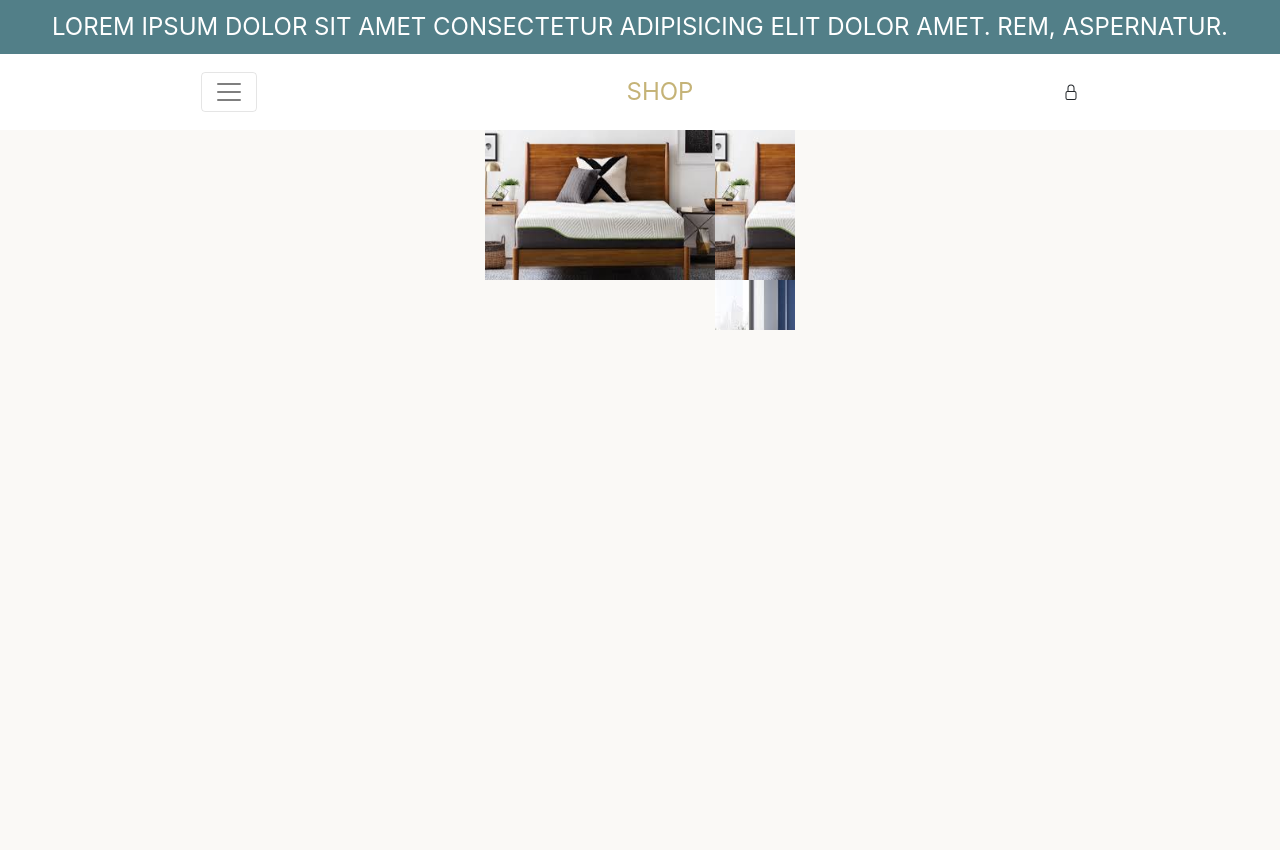
Repository: DaNiels89/frontendassignmentbogbootcamp
Page: index.html
The author's editor kept a copy of each file at every save. The page is drawn from the files as they stood at one save, then again after the next save.
The browser window is 1280 px wide. The pictures show the whole page.

Above is the page before, as saved 2020-03-19 18:22:40.

### index.html
<!DOCTYPE html>
<html lang="en">
  <head>
    <meta charset="UTF-8" />
    <meta name="viewport" content="width=device-width, initial-scale=1.0" />
    <title>Front end Assignment - Carousel</title>
    <link
      rel="stylesheet"
      href="https://stackpath.bootstrapcdn.com/bootstrap/4.3.1/css/bootstrap.min.css"
      integrity="sha384-ggOyR0iXCbMQv3Xipma34MD+dH/1fQ784/j6cY/iJTQUOhcWr7x9JvoRxT2MZw1T"
      crossorigin="anonymous"
    />
    <link rel="stylesheet" href="css/styles.css" />
  </head>
  <body>
    <div class="promotion-bar">
      LOREM IPSUM DOLOR SIT AMET CONSECTETUR ADIPISICING ELIT DOLOR AMET. REM,
      ASPERNATUR.
    </div>

    <div class="pos-f-t">
      <div class="collapse" id="navbarToggleExternalContent">
        <div class="bg-dark p-4">
          <h4 class="text-white">Collapsed content</h4>
          <span class="text-muted">Toggleable via the navbar brand.</span>
        </div>
      </div>
      <nav class="navbar navbar-light bg-white">
        <button
          class="navbar-toggler"
          type="button"
          data-toggle="collapse"
          data-target="#navbarToggleExternalContent"
          aria-controls="navbarToggleExternalContent"
          aria-expanded="false"
          aria-label="Toggle navigation"
        >
          <span class="navbar-toggler-icon"></span>
        </button>

        <div class="navbar-div">SHOP</div>

        <svg
          class="bi bi-lock"
          width="1em"
          height="1em"
          viewBox="0 0 16 16"
          fill="currentColor"
          xmlns="http://www.w3.org/2000/svg"
        >
          <path
            fill-rule="evenodd"
            d="M11.5 8h-7a1 1 0 00-1 1v5a1 1 0 001 1h7a1 1 0 001-1V9a1 1 0 00-1-1zm-7-1a2 2 0 00-2 2v5a2 2 0 002 2h7a2 2 0 002-2V9a2 2 0 00-2-2h-7zm0-3a3.5 3.5 0 117 0v3h-1V4a2.5 2.5 0 00-5 0v3h-1V4z"
            clip-rule="evenodd"
          />
        </svg>
      </nav>
    </div>

    <div class="carousel-outer-div">
      <div class="carousel-inner-div">
        <img class="get-image" src="img/bed1.jpeg" alt="" />
        <div class="right-carousel">
          <img class="get-image" src="img/bed1.jpeg" alt="" />
          <img class="get-image" src="img/bed2.jpeg" alt="" />
          <img class="get-image" src="img/bed3.jpeg" alt="" />
          <img class="get-image" src="img/bed4.jpeg" alt="" />
          <img class="get-image" src="img/bed5.jpeg" alt="" />
          <img class="get-image" src="img/bed6.jpeg" alt="" />
          <img class="get-image" src="img/bed7.jpeg" alt="" />
          <img class="get-image" src="img/bed8.jpeg" alt="" />
          <img class="get-image" src="img/bed9.jpeg" alt="" />
          <img class="get-image" src="img/bed10.jpeg" alt="" />
        </div>
      </div>
    </div>
  </body>
</html>

### css/styles.css
* {
  box-sizing: border-box;
  margin: 0;
  padding: 0;
}

/* Promotion bar */
.promotion-bar {
  background-color: rgb(82, 127, 136);
  color: white;
  font-size: 1.5rem;
  text-align: center;
  width: 100%;
  height: auto;
  padding: 9px;
}

/* Navigation bar */
.navbar {
  width: 100%;
  display: flex;
  justify-content: space-around;
  margin: 10px 0;
}

.navbar-div {
  color: rgb(197, 179, 119);
  font-size: 1.5rem;
  text-align: center;
  align-items: center;
}

/* Carousel div */
.carousel-outer-div {
  background-color: rgb(250, 249, 246);
  height: 100vh;
  width: auto;
}

.carousel-inner-div {
  display: flex;
  justify-content: center;
}

.get-image {
  width: 230px;
  height: 150px;
}

.right-carousel {
  width: 80px;
  height: 200px;
  overflow: hidden;
}

After the next save:
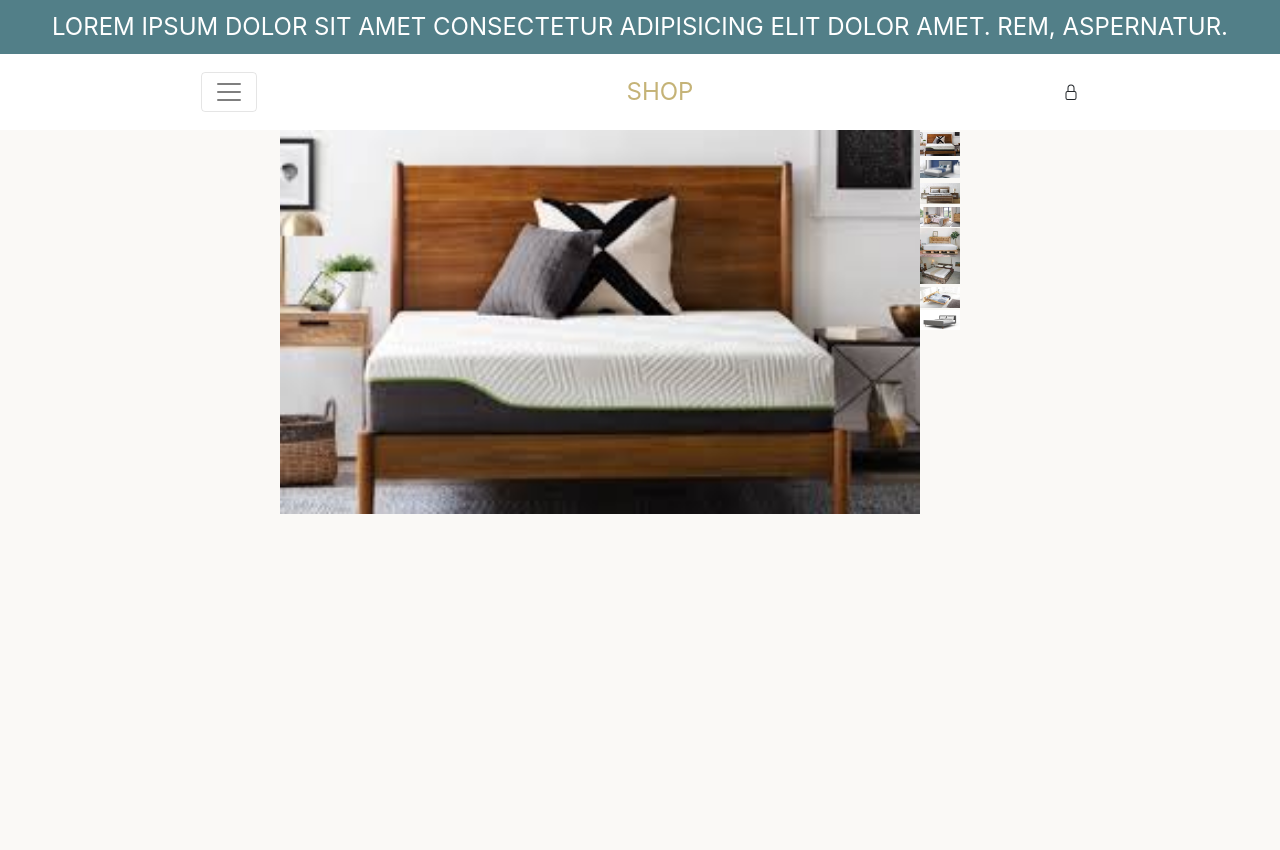
Saved 26 s later.
--- a/css/styles.css
+++ b/css/styles.css
@@ -43,8 +43,8 @@
 }
 
 .get-image {
-  width: 230px;
-  height: 150px;
+  width: 50%;
+  height: auto;
 }
 
 .right-carousel {
